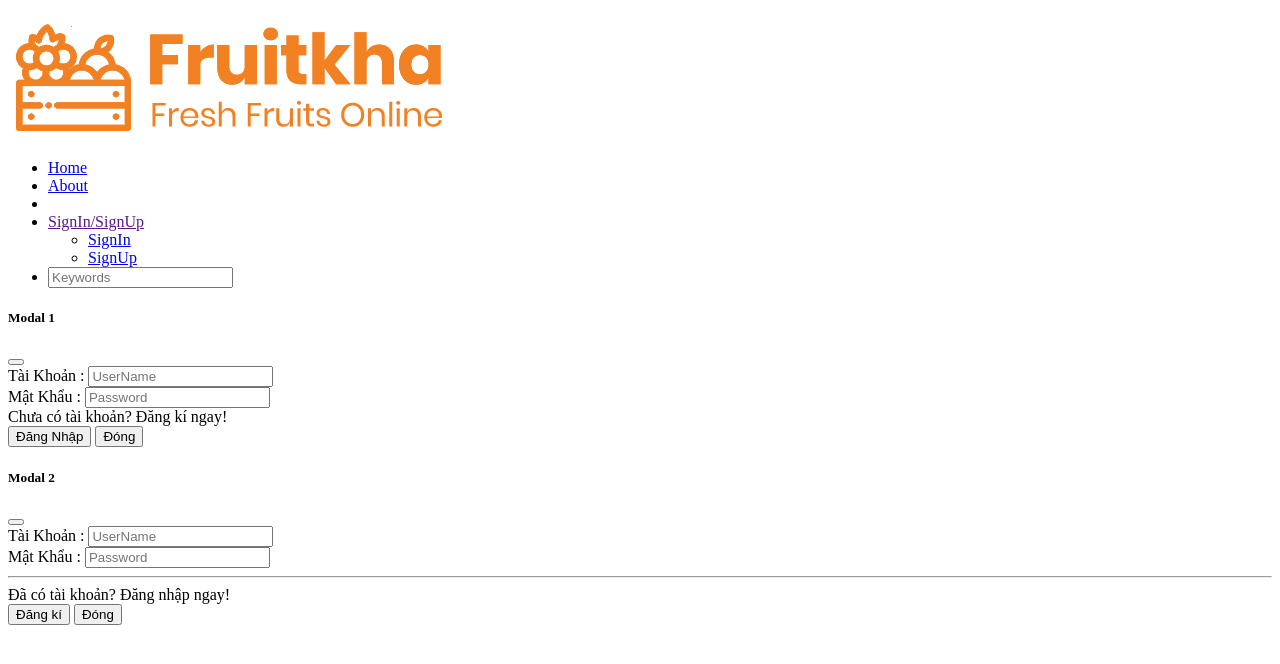
Repository: minhtu5502/Java5
Page: src/main/resources/templates/user/content/nav.html
The author's editor kept a copy of each file at every save. The page is drawn from the files as they stood at one save, then again after the next save.
The browser window is 1280 px wide. The pictures show the whole page.

Above is the page before, as saved 2022-06-14 09:11:48.

### src/main/resources/templates/user/content/nav.html
<!DOCTYPE html>
<html xmlns:th="http://www.thymeleaf.org" xmlns:layout="http://www.utraq.net.nz/thymeleaf/layout" lang="en">

<head>
    <meta charset="UTF-8">
    <title>Title</title>
</head>

<body>
    <div class="top-header-area bg-dark" id="sticker" th:fragment="nav">
        <div class="container">
            <div class="row">
                <div class="col-lg-12 col-sm-12 text-center">
                    <div class="main-menu-wrap">
                        <!-- logo -->
                        <div class="site-logo">
                            <a href="index.html">
                                <img src="assets/img/logo.png" alt="">
                            </a>
                        </div>
                        <!-- logo -->

                        <!-- menu start -->
                        <nav class="main-menu">
                            <ul>
                                <li class="current-list-item"><a href="Home">Home</a>

                                </li>
                                <li><a href="#">About</a></li>
                                <!-- <li><a href="#">Pages</a>
                                        <ul class="sub-menu">
                                            <li><a href="404.html">404 page</a></li>
                                            <li><a href="about.html">About</a></li>
                                            <li><a href="cart.html">Cart</a></li>
                                            <li><a href="checkout.html">Check Out</a></li>
                                            <li><a href="contact.html">Contact</a></li>
                                            <li><a href="news.html">News</a></li>
                                            <li><a href="shop.html">Shop</a></li>
                                        </ul>
                                    </li>
                                    <li><a href="news.html">News</a>
                                        <ul class="sub-menu">
                                            <li><a href="news.html">News</a></li>
                                            <li><a href="single-news.html">Single News</a></li>
                                        </ul>
                                    </li> -->
                                <!-- <li><a href="#">Contact</a></li> -->
                                <!-- <li><a href="shop.html">Shop</a>
                                        <ul class="sub-menu">
                                            <li><a href="shop.html">Shop</a></li>
                                            <li><a href="checkout.html">Check Out</a></li>
                                            <li><a href="single-product.html">Single Product</a></li>
                                            <li><a href="cart.html">Cart</a></li>
                                        </ul>
                                    </li> -->
                                <li class="offset-7">
                                    <div class="header-icons">
                                        <a class="shopping-cart" href="Cart"><i class="fas fa-shopping-cart"></i></a>
                                    </div>
                                </li>
                                <li><a href="">SignIn/SignUp</a>
                                    <ul class="sub-menu">
                                        <li><a class="btn btn-primary" data-bs-toggle="modal" href="#modalSignIn"
                                                role="button">SignIn</a></li>
                                        <li><a class="btn btn-primary" data-bs-toggle="modal" href="#modalSignUp"
                                                role="button">SignUp</a></li>
                                    </ul>
                                </li>
                                <li>
                                    <div class="header-icons">
                                        <form th:action="${'/Shop/Home'}">
                                            <input type="text" placeholder="Keywords" name="key" id="key">
                                            <a class="mobile-hide search-bar-icon btn" href="#"><i
                                                    class="fas fa-search"></i></a>
                                        </form>
                                    </div>
                                </li>

                            </ul>
                        </nav>
                        <div class="modal fade" id="modalSignIn" aria-hidden="true"
                            aria-labelledby="exampleModalToggleLabel" tabindex="-1">
                            <div class="modal-dialog modal-dialog-centered">
                                <div class="modal-content">
                                    <div class="modal-header">
                                        <h5 class="modal-title" id="exampleModalToggleLabel">Modal 1</h5>
                                        <button type="button" class="btn-close" data-bs-dismiss="modal"
                                            aria-label="Close"></button>
                                    </div>
                                    <form th:action="${BASEURL + UPDATE}">
                                        <div class="modal-body">
                                            <div class="form-group">
                                                <label for="exampleInputName1">Tài Khoản :
                                                </label>
                                                <input type="text" class="form-control" name="username" id="username"
                                                    placeholder="UserName">
                                            </div>
                                            <div class="form-group">
                                                <label for="exampleInputName1">Mật Khẩu :
                                                </label>
                                                <input type="password" class="form-control" name="password"
                                                    id="password" placeholder="Password">
                                            </div>
                                            <a>Chưa có tài khoản? Đăng kí ngay!</a>

                                        </div>
                                        <div class="modal-footer">
                                            <button class="btn btn-success">Đăng Nhập</button>
                                            <button type="button" class="btn btn-secondary" data-dismiss="modal">Đóng
                                            </button>
                                        </div>
                                    </form>
                                </div>
                            </div>
                        </div>
                    </div>
                    <div class="modal fade" id="modalSignUp" aria-hidden="true"
                        aria-labelledby="exampleModalToggleLabel2" tabindex="-1">
                        <div class="modal-dialog modal-dialog-centered">
                            <div class="modal-content">
                                <div class="modal-header">
                                    <h5 class="modal-title" id="exampleModalToggleLabel2">Modal 2</h5>
                                    <button type="button" class="btn-close" data-bs-dismiss="modal"
                                        aria-label="Close"></button>
                                </div>
                                <form th:action="${BASEURL + UPDATE}">
                                    <div class="modal-body">
                                        <div class="form-group">
                                            <label for="exampleInputName1">Tài Khoản :
                                            </label>
                                            <input type="text" class="form-control" name="username" id="username"
                                                placeholder="UserName">
                                        </div>
                                        <div class="form-group">
                                            <label for="exampleInputName1">Mật Khẩu :
                                            </label>
                                            <input type="password" class="form-control" name="password" id="password"
                                                placeholder="Password">
                                        </div>
                                        <hr>
                                        <a>Đã có tài khoản? Đăng nhập ngay!</a>
                                    </div>
                                    <div class="modal-footer">
                                        <button class="btn btn-success">Đăng kí</button>
                                        <button type="button" class="btn btn-secondary" data-dismiss="modal">Đóng
                                        </button>
                                    </div>
                                </form>
                            </div>
                        </div>
                    </div>
                </div>
            </div>
        </div>
    </div>
    </div>
</body>

</html>

After the next save:
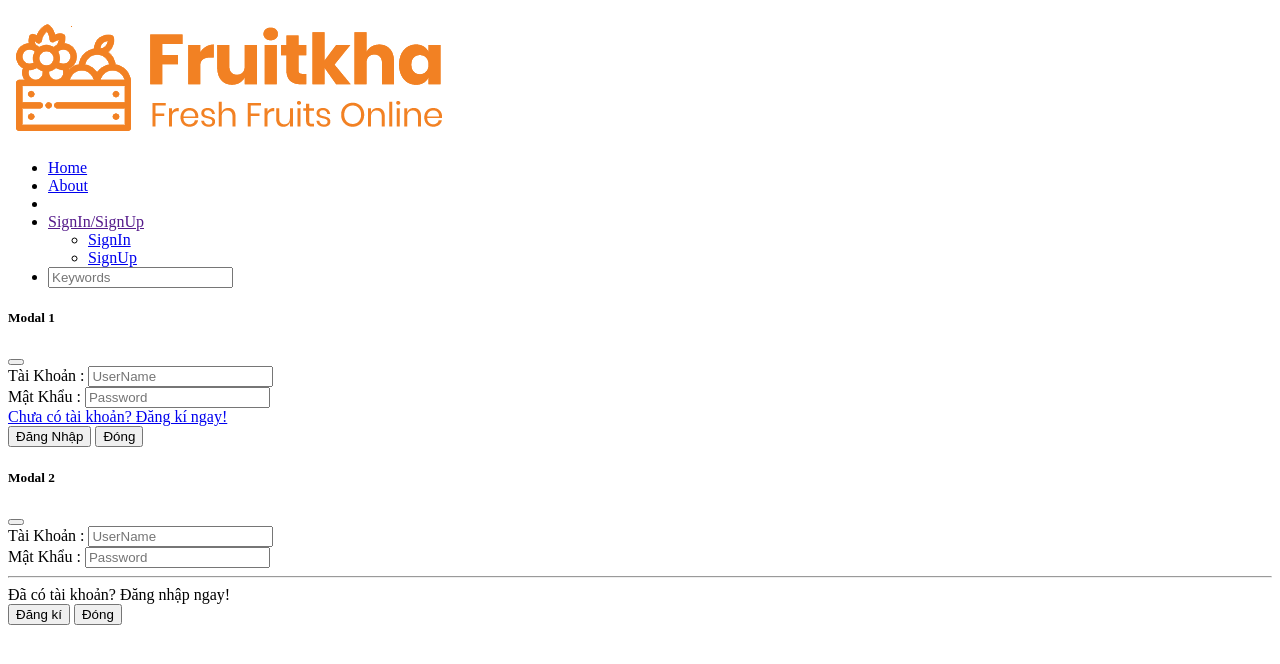
Saved 20 s later.
--- a/src/main/resources/templates/user/content/nav.html
+++ b/src/main/resources/templates/user/content/nav.html
@@ -101,7 +101,8 @@
                                                 <input type="password" class="form-control" name="password"
                                                     id="password" placeholder="Password">
                                             </div>
-                                            <a>Chưa có tài khoản? Đăng kí ngay!</a>
+                                            <a data-bs-toggle="modal" href="#modalSignUp"
+                                            role="button">Chưa có tài khoản? Đăng kí ngay!</a>
 
                                         </div>
                                         <div class="modal-footer">
